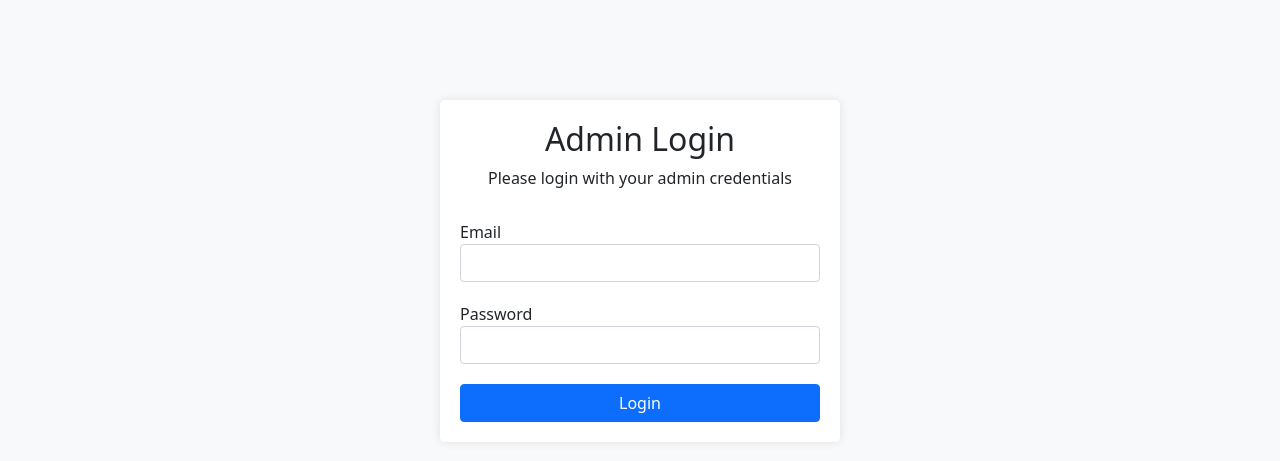
Repository: krishgobi/sales-sense-ai
Page: http://localhost/admin/login
An editor plug-in stored every save of this project. The page is shown before and after the next save, followed by the edit.
The browser window is 1280 px wide. The pictures show the whole page.
The page is served by the project's application, run on Flask 3 (app.py).

Above is the page before, as saved 2025-11-05 09:43:01.

After the next save:
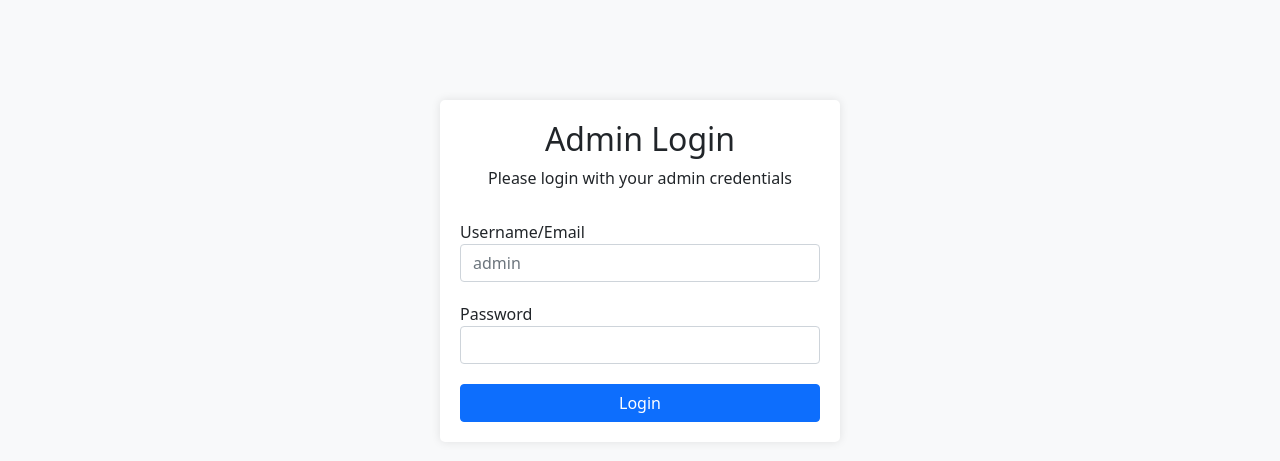
Saved 78 s later.
--- a/templates/admin_login.html
+++ b/templates/admin_login.html
@@ -44,8 +44,8 @@
 
             <form method="POST" action="{{ url_for('admin_login') }}">
                 <div class="form-group">
-                    <label for="email">Email</label>
-                    <input type="email" class="form-control" id="email" name="email" required>
+                    <label for="email">Username/Email</label>
+                    <input type="text" class="form-control" id="email" name="email" placeholder="admin" required>
                 </div>
                 <div class="form-group">
                     <label for="password">Password</label>
